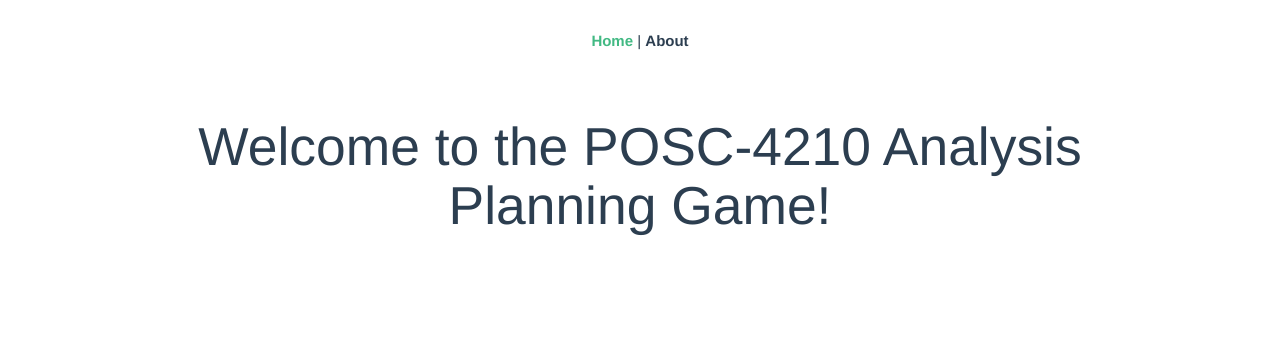
Repository: gallard28/posc4210app
Page: /
The author's editor kept a copy of each file at every save. The page is drawn from the files as they stood at one save, then again after the next save.
The browser window is 1280 px wide. The pictures show the whole page.
The project was rebuilt for these pictures with package versions that can differ from the ones it lists, and the page was loaded fresh each time.

Above is the page before, as saved 2020-09-20 15:57:08.

### public/index.html
<!DOCTYPE html>
<html lang="en">
  <head>
    <meta charset="utf-8">
    <meta http-equiv="X-UA-Compatible" content="IE=edge">
    <meta name="viewport" content="width=device-width,initial-scale=1.0">
    <link rel="icon" href="<%= BASE_URL %>favicon.ico">
    <title><%= htmlWebpackPlugin.options.title %></title>

    <!-- Materialize CSS -->
    <!-- Compiled and minified CSS -->
    <link rel="stylesheet" href="https://cdnjs.cloudflare.com/ajax/libs/materialize/1.0.0/css/materialize.min.css">

    <!-- Compiled and minified JavaScript -->
    <script src="https://cdnjs.cloudflare.com/ajax/libs/materialize/1.0.0/js/materialize.min.js"></script>

  </head>
  <body>
    <noscript>
      <strong>We're sorry but <%= htmlWebpackPlugin.options.title %> doesn't work properly without JavaScript enabled. Please enable it to continue.</strong>
    </noscript>
    <div id="app"></div>
    <!-- built files will be auto injected -->
  </body>
</html>

### src/views/Home.vue
<template>
  <div class="home container">
    <div class="col s12">
      <h2>Welcome to the POSC-4210 Analysis Planning Game!</h2>
    </div>
    <div class="row">
      <div class="cols s12 orange">

      </div>
    </div>

  </div>
</template>

<script>
export default {
  name: 'Home',
  components: {
  }
}
</script>

Loaded but not shown: src/main.js (common file); src/App.vue (common file); src/router/index.js (common file)

After the next save:
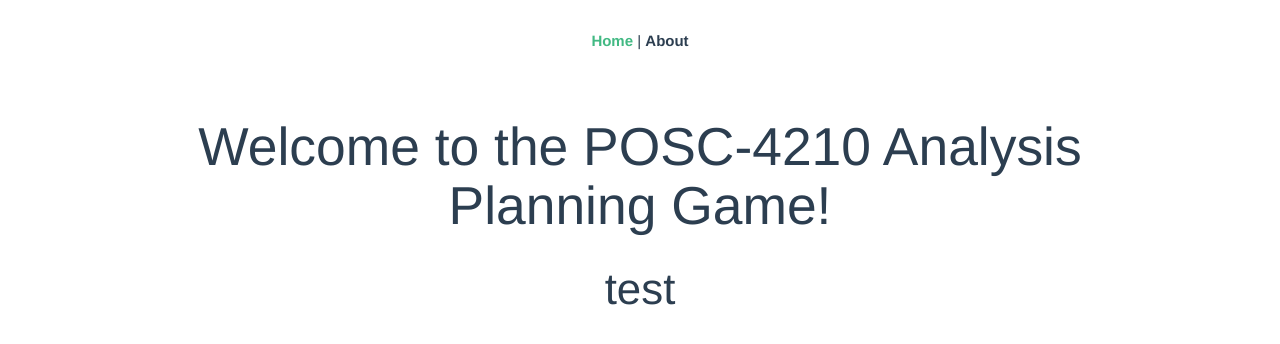
Saved 16 s later.
--- a/src/views/Home.vue
+++ b/src/views/Home.vue
@@ -4,8 +4,8 @@
       <h2>Welcome to the POSC-4210 Analysis Planning Game!</h2>
     </div>
     <div class="row">
-      <div class="cols s12 orange">
-
+      <div class="cols s12">
+        <h3>test</h3>
       </div>
     </div>
 

After the save that followed:
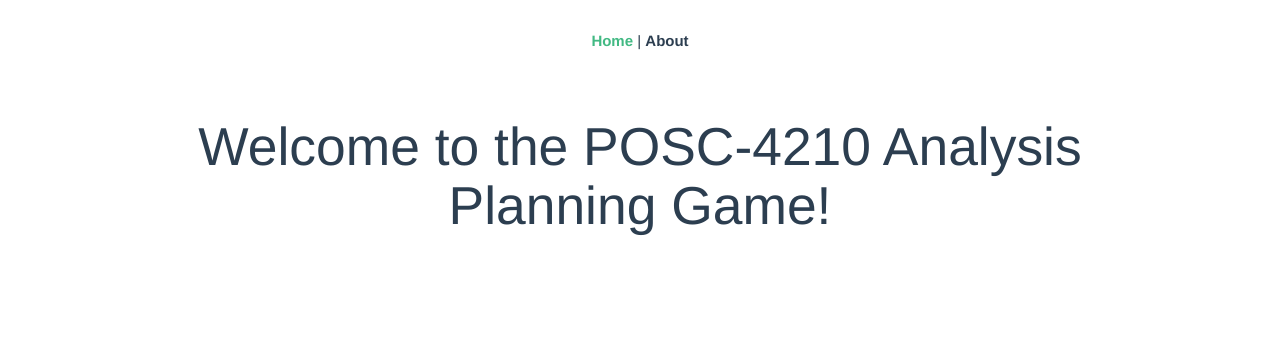
Saved 38 s later.
--- a/src/views/Home.vue
+++ b/src/views/Home.vue
@@ -4,8 +4,8 @@
       <h2>Welcome to the POSC-4210 Analysis Planning Game!</h2>
     </div>
     <div class="row">
-      <div class="cols s12">
-        <h3>test</h3>
+      <div class="cols s12 teal">
+
       </div>
     </div>
 
